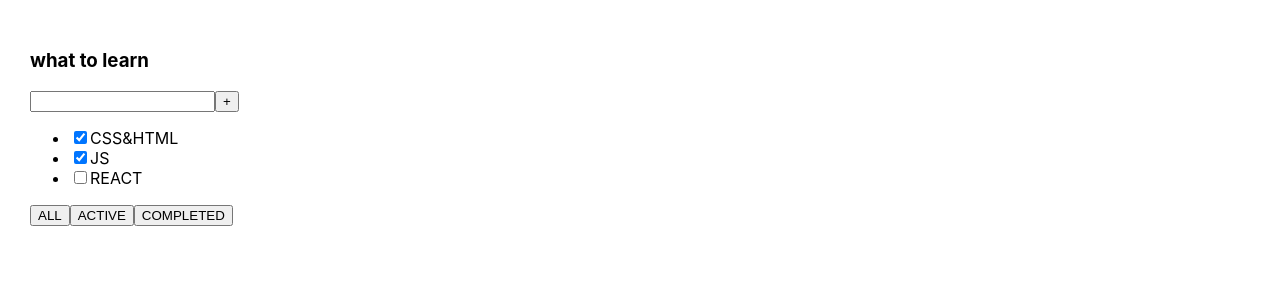
Repository: Grid-Master/myTrello
Page: /
The author's editor kept a copy of each file at every save. The page is drawn from the files as they stood at one save, then again after the next save.
The browser window is 1280 px wide. The pictures show the whole page.
The project was rebuilt for these pictures with package versions that can differ from the ones it lists, and the page was loaded fresh each time.

Above is the page before, as saved 2023-01-15 16:20:49.

### src/App.tsx
import './App.css';
import Todolist from './Todolist';

function App() {
  return (
    <div className="App">
      <Todolist />
    </div>
  );
}

export default App;

### src/App.css
.App {
 padding: 30px;
 display: flex;
}

.App>div {
  margin-right: 50px;
}

### src/Todolist.tsx
import React from 'react';

const Todolist = (props:any) => {
    return (
    <div>
        <h3>what to learn</h3>
        <div>
            <input />
            <button>+</button>
        </div>
        <ul>
            <li><input type='checkbox' checked={true} /><span>CSS&HTML</span></li>
            <li><input type='checkbox' checked={true} /><span>JS</span></li>
            <li><input type='checkbox' checked={false} /><span>REACT</span></li>
        </ul>
        <div>
            <button>ALL</button>
            <button>ACTIVE</button>
            <button>COMPLETED</button>
        </div>
    </div>
    );
};

export default Todolist;

Loaded but not shown: public/index.html (common file); src/index.tsx (common file); src/index.css (common file); src/reportWebVitals.ts (common file)

After the next save:
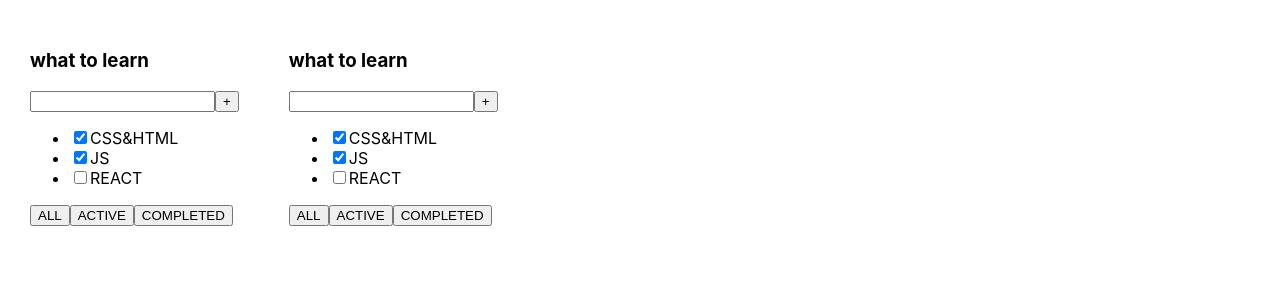
Saved 3 s later.
--- a/src/App.tsx
+++ b/src/App.tsx
@@ -4,7 +4,9 @@ import Todolist from './Todolist';
 function App() {
   return (
     <div className="App">
-      <Todolist />
+      <Todolist title={''} />
+      <Todolist title={''} />
+
     </div>
   );
 }
